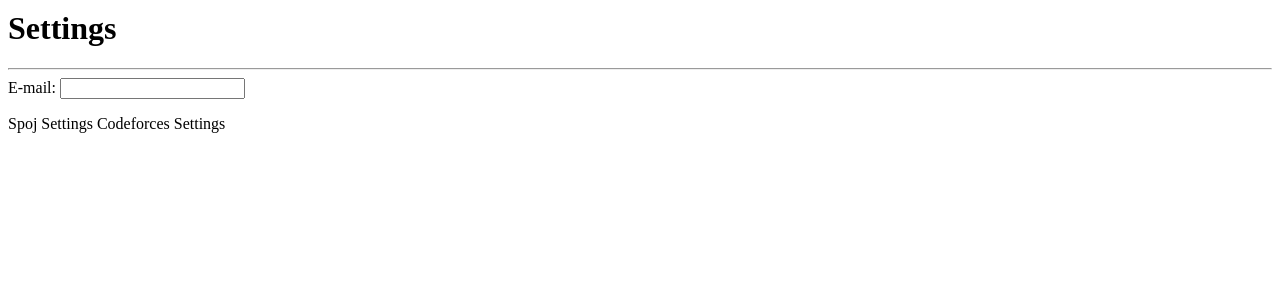
Repository: cjtoribio/algopit
Page: nodejs/public/partials/settings.html
The author's editor kept a record of every edit. The page is drawn from the files as they stood at one moment, then again after the next edit.
The browser window is 1280 px wide. The pictures show the whole page.

Above is the page before.

After the next edit:
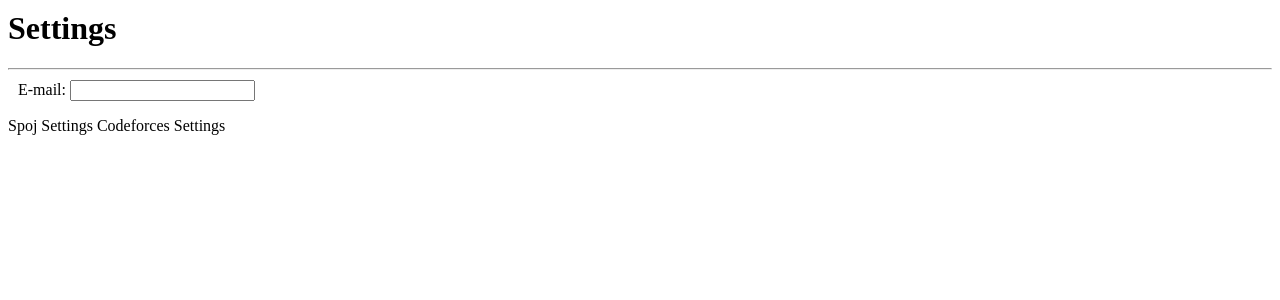
The edit:
--- a/nodejs/public/partials/settings.html
+++ b/nodejs/public/partials/settings.html
@@ -4,7 +4,7 @@
 			    <hr />
 			    <algo-tab>
 			        <algo-pane title="General">
-			            <div class="container">
+			            <div class="container" style="margin: 10px;">
 			                <form class="form-horizontal">
 			                    <div class="input-group">
 			                        <label>
